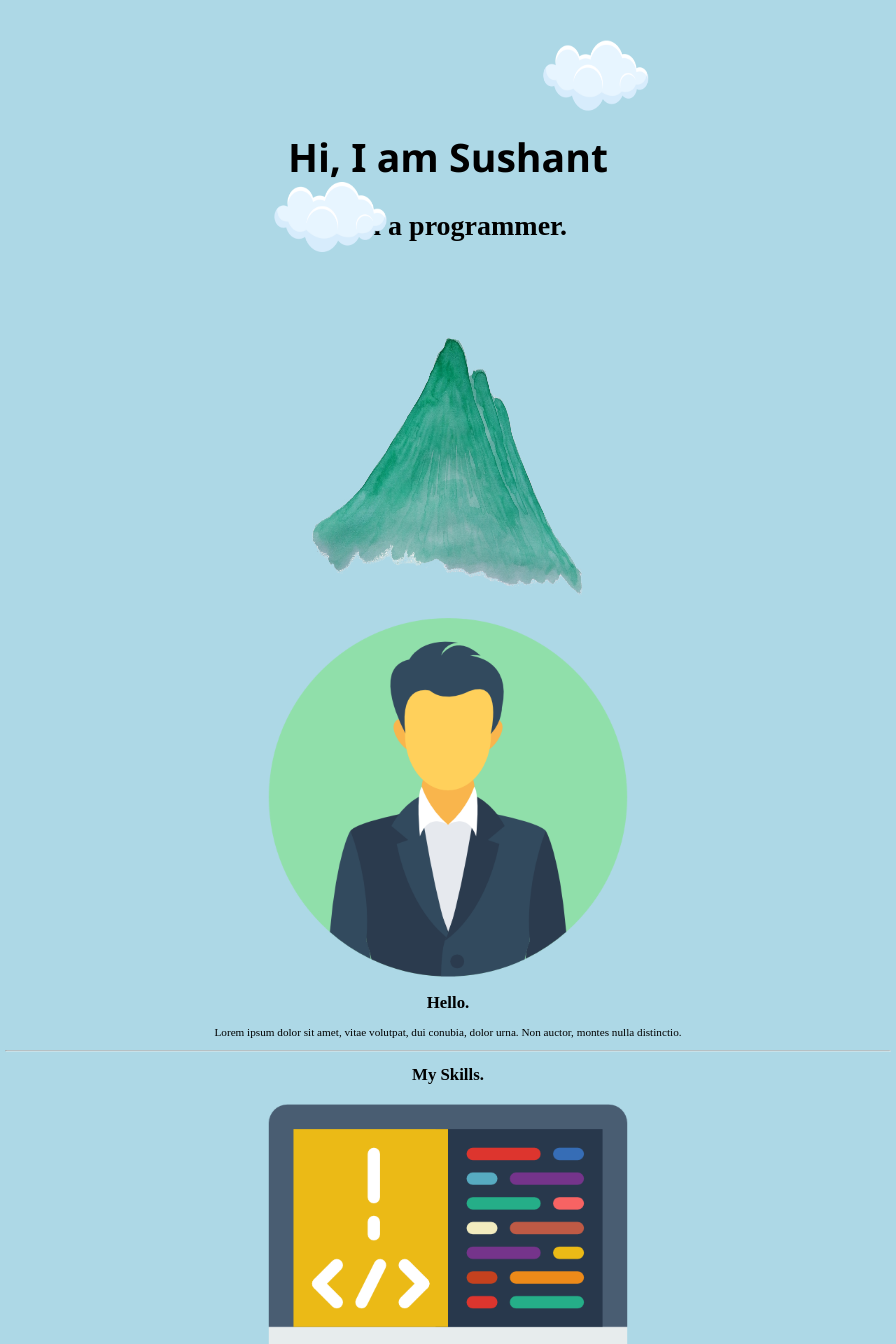
Repository: Sushant203/myPersonalSite
Page: index.html
These files come from the project's save history. The page is drawn as it stood at one moment and after the next save; the edit follows.
The browser window is 1280 px wide. The pictures show the part of the page from y = 0 to 1920 px (the page is 3017 px tall before and 3025 px after), at 70% of full size.

Above is the page before, as saved 2022-12-09 19:23:15.

### index.html
<!DOCTYPE html>
<html lang="en">

<head>
    <meta charset="UTF-8">
    <meta http-equiv="X-UA-Compatible" content="IE=edge">
    <meta name="viewport" content="width=device-width, initial-scale=1.0">
    <title>Document</title>
    <link rel="stylesheet" href="\css\style.css">
    <link rel="favicon" href="favicon.ico">
</head>

<body>
    <div class="container">
        <div>
            <img class="top-cloud" src="cloud.png" alt="upper-cloud">
        </div>
        <div class="header-text">
            <h1>Hi, I am Sushant</h1>
            <h2>i am a programmer.</h2>
        </div>
        <div>
            <img class="bottom-cloud" src="cloud.png" alt="lower cloud">
            <img class="mountain-image" src="mountain-1.png" alt="mountain img">
        </div>
        <!-- middle and end parts -->
        <div class="middle-container">
            <!-- profile section -->
            <div class="profile">
              <img src="profile.png" alt="profile picture">
              <h2>Hello.</h2>
              <p>Lorem ipsum dolor sit amet, vitae volutpat, dui conubia, dolor urna. Non auctor, montes nulla distinctio.</p>
            </div>
            <hr>
            <!-- skill section -->
            <div class="skills">
              <h2>My Skills.</h2>
              <div class="skill-row">
                <img class="" src="skill1.png" alt="coding">
                <h3>Frontend Programmer</h3>
                <p>Lorem ipsum dolor sit amet, quis in duis, iaculis id felis. Consectetuer vestibulum, nunc urna lectus, erat ligula. Hendrerit nam, lectus ante, ut lorem eros.</p>
              </div>
              <div class="skill-row">
                <img class="" src="skill2.png" alt="programmer">
                <h3>Web Designer</h3>
                <p>Lorem ipsum dolor sit amet, mauris sed consectetuer. Etiam et eu, bibendum interdum, lacus quis mauris. Curabitur wisi, quisque vel eu, rutrum nam.</p>
              </div>
            </div>
            <hr>
            <!-- contact section -->
            <div class="contact-me">
              <h2>Get In Touch</h2>
              <h3>Lorem ipsum dolor sit amet, non elit.</h3>
              <p>Lorem ipsum dolor sit amet, in quis, aenean amet. Phasellus sodales, tellus donec dui, ornare erat.</p>
              <a class="btn" href="mailto:clashofgames229@gmail.com">CONTACT ME</a>
            </div>
          </div>

          <!-- bottom section -->
          <div class="bottom-container">
            <a class="footer-link" href="https://www.facebook.com/">Facebook</a>
            <a class="footer-link" href="https://www.instagram.com/">Instagram</a>
            <a class="footer-link" href="https://www.appbrewery.co/">Website</a>
            <p>© Sushant Shrestha</p>
          </div>

    </div>


</body>

</html>

### css/style.css
body{
    background-color: lightblue;

    }

.container{
    margin:  0;
    position: relative;
    text-align: center;
    padding-top: 70px;

}

.top-cloud{
    height: 100px;
    width: 150px;
    position: absolute;
    top: 7vh;
   left: 60vw;
}

.header-text{
display: inline-block;
/* position: absolute; */
margin: 70px;
}

.header-text h1{
    font-family: 'Segoe UI', Tahoma, Geneva, Verdana, sans-serif;
    font-size: 3.5rem;
}

.header-text h2{
    font-family:;
    font-size: 2.5rem;
}

.bottom-cloud{
    height: 100px;
    width: 160px;
    position: absolute;
    top: 35vh;
    left: 30vw;
}

.mountain-image{

    height: 430px;
    width: 400px;
}

After the next save:
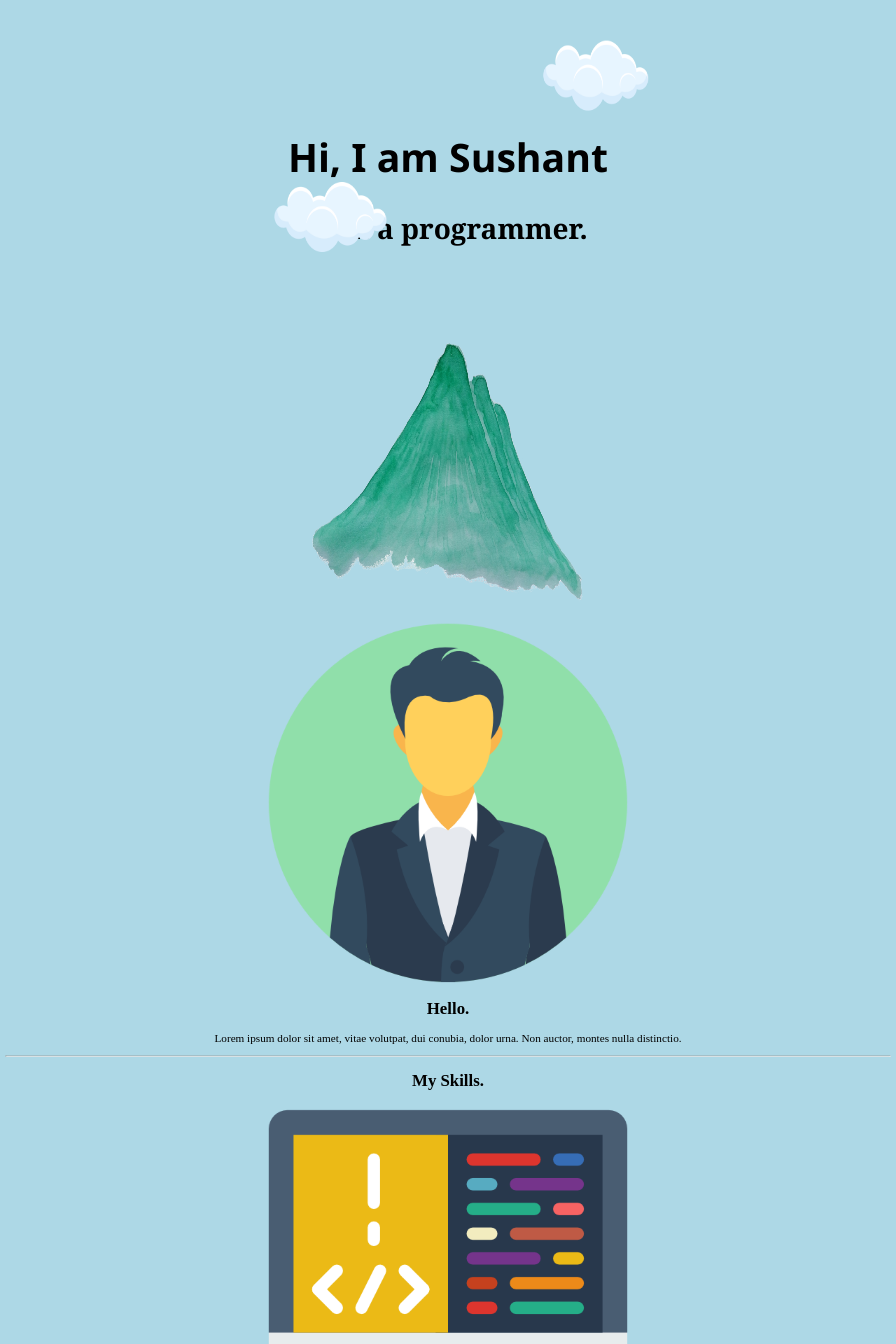
Saved 4 s later.
--- a/css/style.css
+++ b/css/style.css
@@ -31,7 +31,7 @@
 }
 
 .header-text h2{
-    font-family:;
+    font-family:Cambria, Cochin, Georgia, Times, 'Times New Roman', serif;
     font-size: 2.5rem;
 }
 

After the save that followed:
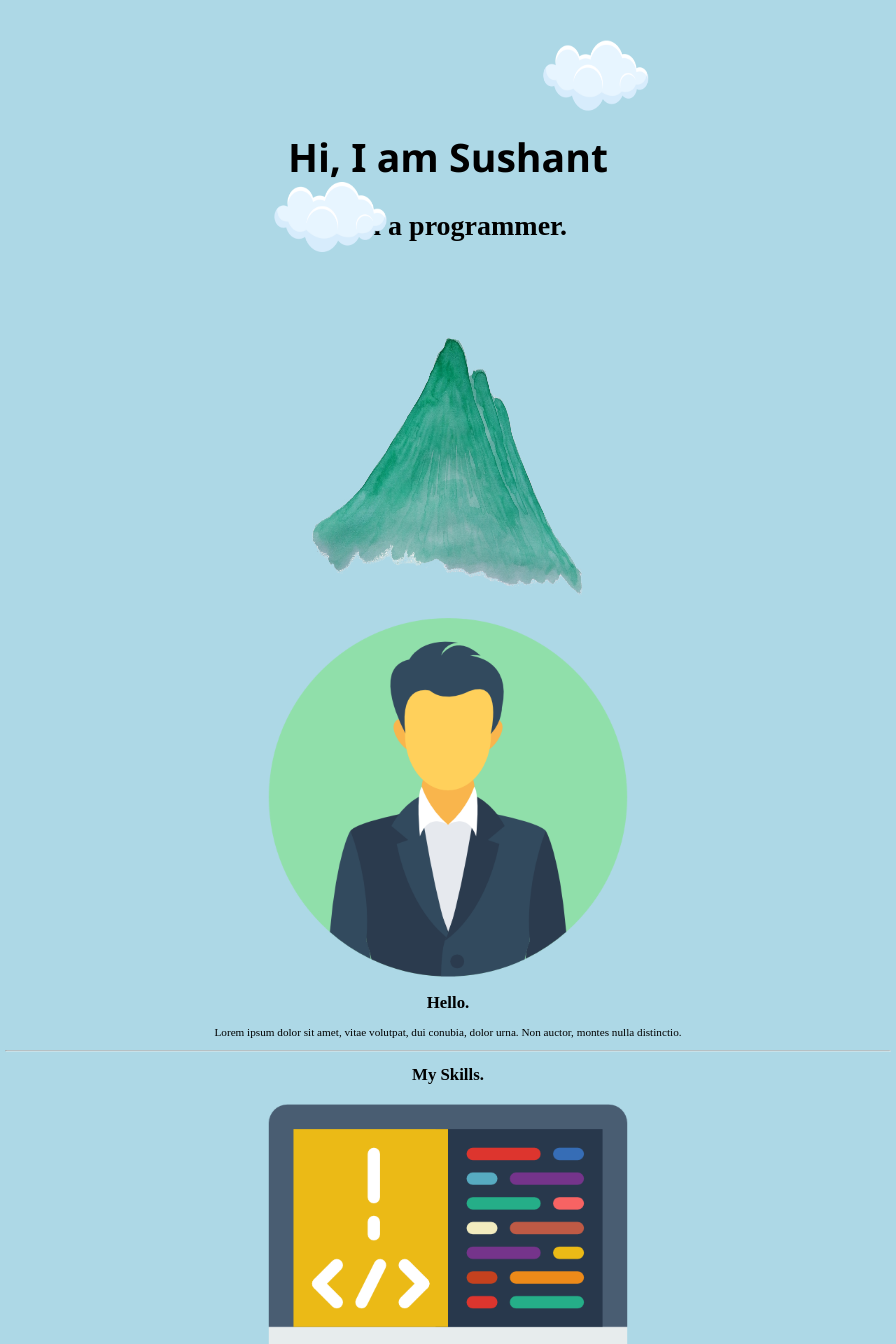
Saved 5 s later.
--- a/css/style.css
+++ b/css/style.css
@@ -31,7 +31,7 @@
 }
 
 .header-text h2{
-    font-family:Cambria, Cochin, Georgia, Times, 'Times New Roman', serif;
+    font-family:;
     font-size: 2.5rem;
 }
 
